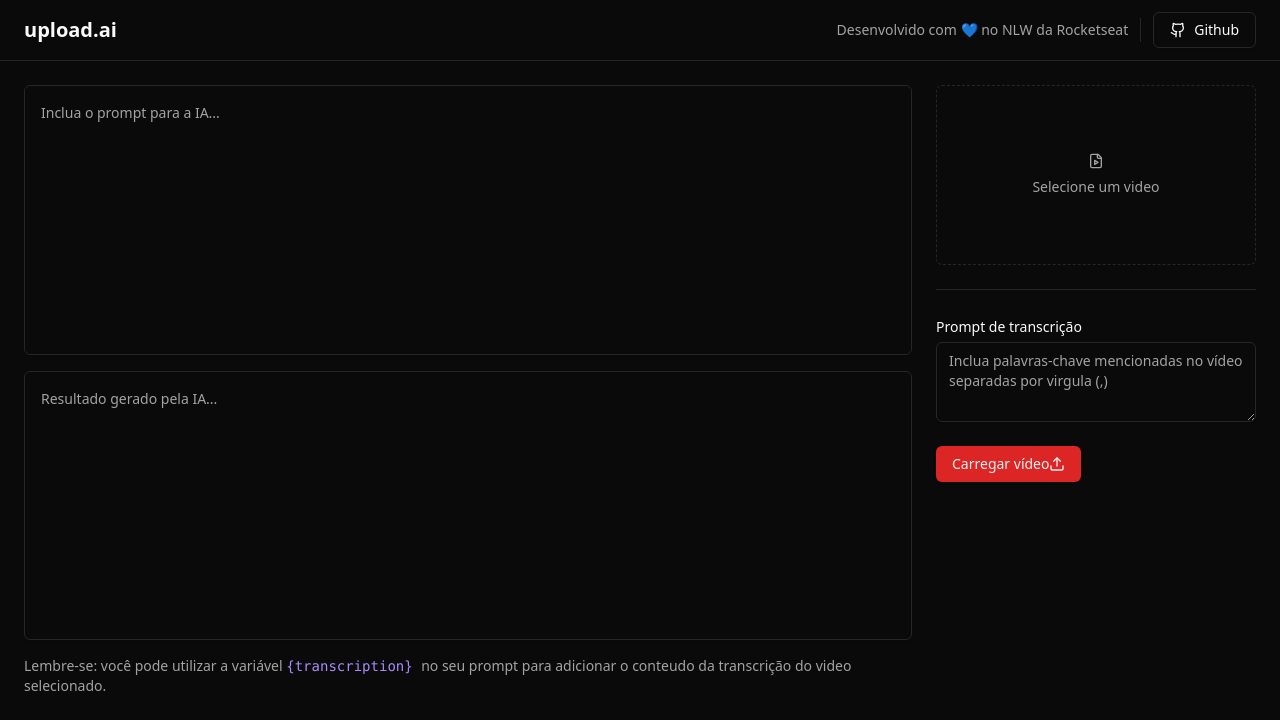
Repository: ricardolimati/upload-ai-web
Page: /
The author's editor kept a copy of each file at every save. The page is drawn from the files as they stood at one save, then again after a run of saves.
The browser window is 1280 px wide. The pictures show the whole page.
The project was rebuilt for these pictures with package versions that can differ from the ones it lists, and the page was loaded fresh each time. Also part of the build but not shown: vite.config.ts.

Above is the page before, as saved 2023-09-12 00:00:03.

### src/App.tsx
import {Github, FileVideo, Upload} from 'lucide-react'
import { Button } from "./components/ui/button";
import { Separator } from './components/ui/separator';
import { Textarea } from './components/ui/textarea';
import { Label } from './components/ui/label';

export function App() {
  return(
   <div className="min-h-screen flex flex-col">
    <div className="px-6 py-3 flex items-center justify-between border-b">
      <h1 className="text-xl font-bold">upload.ai</h1>
      <div className="flex items-center gap-3">
        <span className="text-sm text-muted-foreground">
          Desenvolvido com 💙 no NLW da Rocketseat</span>
          <Separator orientation='vertical' className='h-6' />
        <Button variant="outline">
          <Github className="w-4 h-4 mr-2" />Github
        </Button>
      </div>
    </div>

    <main className="flex-1 p-6 flex gap-6">
      <div className="flex flex-col flex-1 gap-4">
        <div className="grid grid-rows-2 gap-4 flex-1">
          <Textarea
          className="resize-none p-4 leading-relaxed"
          placeholder="Inclua o prompt para a IA..."
          />
          <Textarea
          className="resize-none p-4 leading-relaxed"
          placeholder="Resultado gerado pela IA..."
          readOnly/>
        </div>

        <p className="text-sm text-muted-foreground">
          Lembre-se: você pode utilizar a variável <code className="text-violet-400">{'{transcription}'} </code>
           no seu prompt para adicionar o conteudo da transcrição
          do video selecionado.</p>
      </div>
      <aside className="w-80 space-y-6">
        <form className="space-y-6" action="" method="post">
          <label
          htmlFor="video"
          className="border flex rounded-md aspect-video cursor-pointer border-dashed text-sm flex-col gap-2 items-center justify-center text-muted-foreground hover:bg-primary/5"
          >
            <FileVideo className="w-4 h-4" />
            Selecione um video
          </label>
          <input type="file" id="video" accept="video/mp4" className="sr-only"/>
          <Separator />
          <div className="space-y-1">
            <Label htmlFor="transcription_prompt">Prompt de transcrição</Label>
            <Textarea
            id="transcription_prompt"
            className="min-h-20 leading-relaxe"
            placeholder="Inclua palavras-chave mencionadas no vídeo separadas por virgula (,)"
            />
          </div>
          <Button type>
            Carregar vídeo
            <Upload
              className="w-4 "
            />
          </Button>
        </form>
      </aside>
    </main>
   </div>
  )
}

### src/index.css
@tailwind base;
@tailwind components;
@tailwind utilities;

@layer base {
  :root {
    --background: 0 0% 3.9%;
    --foreground: 0 0% 98%;
    --card: 0 0% 3.9%;
    --card-foreground: 0 0% 98%;
    --popover: 0 0% 3.9%;
    --popover-foreground: 0 0% 98%;
    --primary: 0 72.2% 50.6%;
    --primary-foreground: 0 85.7% 97.3%;
    --secondary: 0 0% 14.9%;
    --secondary-foreground: 0 0% 98%;
    --muted: 0 0% 14.9%;
    --muted-foreground: 0 0% 63.9%;
    --accent: 0 0% 14.9%;
    --accent-foreground: 0 0% 98%;
    --destructive: 0 62.8% 30.6%;
    --destructive-foreground: 0 0% 98%;
    --border: 0 0% 14.9%;
    --input: 0 0% 14.9%;
    --ring: 0 72.2% 50.6%;

    --radius: 0.5rem;
  }
}

@layer base {
  * {
    @apply border-border;
  }
  body {
    @apply bg-background text-foreground;
  }
}

### src/components/ui/button.tsx
import * as React from "react"
import { Slot } from "@radix-ui/react-slot"
import { cva, type VariantProps } from "class-variance-authority"

import { cn } from "@/lib/utils"

const buttonVariants = cva(
  "inline-flex items-center justify-center rounded-md text-sm font-medium transition-colors focus-visible:outline-none focus-visible:ring-1 focus-visible:ring-ring disabled:pointer-events-none disabled:opacity-50",
  {
    variants: {
      variant: {
        default:
          "bg-primary text-primary-foreground shadow hover:bg-primary/90",
        destructive:
          "bg-destructive text-destructive-foreground shadow-sm hover:bg-destructive/90",
        outline:
          "border border-input bg-transparent shadow-sm hover:bg-accent hover:text-accent-foreground",
        secondary:
          "bg-secondary text-secondary-foreground shadow-sm hover:bg-secondary/80",
        ghost: "hover:bg-accent hover:text-accent-foreground",
        link: "text-primary underline-offset-4 hover:underline",
      },
      size: {
        default: "h-9 px-4 py-2",
        sm: "h-8 rounded-md px-3 text-xs",
        lg: "h-10 rounded-md px-8",
        icon: "h-9 w-9",
      },
    },
    defaultVariants: {
      variant: "default",
      size: "default",
    },
  }
)

export interface ButtonProps
  extends React.ButtonHTMLAttributes<HTMLButtonElement>,
    VariantProps<typeof buttonVariants> {
  asChild?: boolean
}

const Button = React.forwardRef<HTMLButtonElement, ButtonProps>(
  ({ className, variant, size, asChild = false, ...props }, ref) => {
    const Comp = asChild ? Slot : "button"
    return (
      <Comp
        className={cn(buttonVariants({ variant, size, className }))}
        ref={ref}
        {...props}
      />
    )
  }
)
Button.displayName = "Button"

export { Button, buttonVariants }

### src/components/ui/separator.tsx
import * as React from "react"
import * as SeparatorPrimitive from "@radix-ui/react-separator"

import { cn } from "@/lib/utils"

const Separator = React.forwardRef<
  React.ElementRef<typeof SeparatorPrimitive.Root>,
  React.ComponentPropsWithoutRef<typeof SeparatorPrimitive.Root>
>(
  (
    { className, orientation = "horizontal", decorative = true, ...props },
    ref
  ) => (
    <SeparatorPrimitive.Root
      ref={ref}
      decorative={decorative}
      orientation={orientation}
      className={cn(
        "shrink-0 bg-border",
        orientation === "horizontal" ? "h-[1px] w-full" : "h-full w-[1px]",
        className
      )}
      {...props}
    />
  )
)
Separator.displayName = SeparatorPrimitive.Root.displayName

export { Separator }

### src/components/ui/textarea.tsx
import * as React from "react"

import { cn } from "@/lib/utils"

export interface TextareaProps
  extends React.TextareaHTMLAttributes<HTMLTextAreaElement> {}

const Textarea = React.forwardRef<HTMLTextAreaElement, TextareaProps>(
  ({ className, ...props }, ref) => {
    return (
      <textarea
        className={cn(
          "flex min-h-[60px] w-full rounded-md border border-input bg-transparent px-3 py-2 text-sm shadow-sm placeholder:text-muted-foreground focus-visible:outline-none focus-visible:ring-1 focus-visible:ring-ring disabled:cursor-not-allowed disabled:opacity-50",
          className
        )}
        ref={ref}
        {...props}
      />
    )
  }
)
Textarea.displayName = "Textarea"

export { Textarea }

### src/components/ui/label.tsx
import * as React from "react"
import * as LabelPrimitive from "@radix-ui/react-label"
import { cva, type VariantProps } from "class-variance-authority"

import { cn } from "@/lib/utils"

const labelVariants = cva(
  "text-sm font-medium leading-none peer-disabled:cursor-not-allowed peer-disabled:opacity-70"
)

const Label = React.forwardRef<
  React.ElementRef<typeof LabelPrimitive.Root>,
  React.ComponentPropsWithoutRef<typeof LabelPrimitive.Root> &
    VariantProps<typeof labelVariants>
>(({ className, ...props }, ref) => (
  <LabelPrimitive.Root
    ref={ref}
    className={cn(labelVariants(), className)}
    {...props}
  />
))
Label.displayName = LabelPrimitive.Root.displayName

export { Label }

Loaded but not shown: index.html (common file); src/main.tsx (common file); src/lib/utils.ts (common file); tailwind.config.js (common file)

After the next 7 saves:
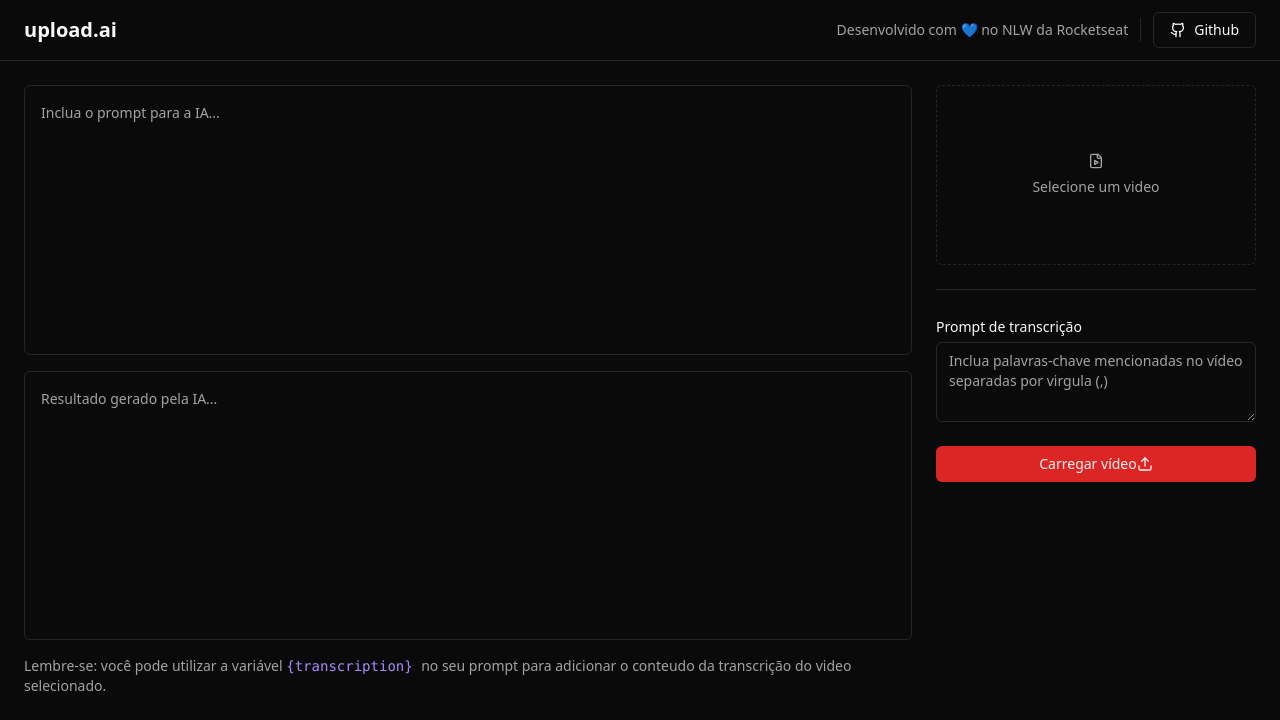
The 7 saves are shown as one change because they came seconds apart.
The last was saved 18 s later.
--- a/src/App.tsx
+++ b/src/App.tsx
@@ -56,7 +56,7 @@ export function App() {
             placeholder="Inclua palavras-chave mencionadas no vídeo separadas por virgula (,)"
             />
           </div>
-          <Button type>
+          <Button type="submit" className="w-full">
             Carregar vídeo
             <Upload
               className="w-4 "
